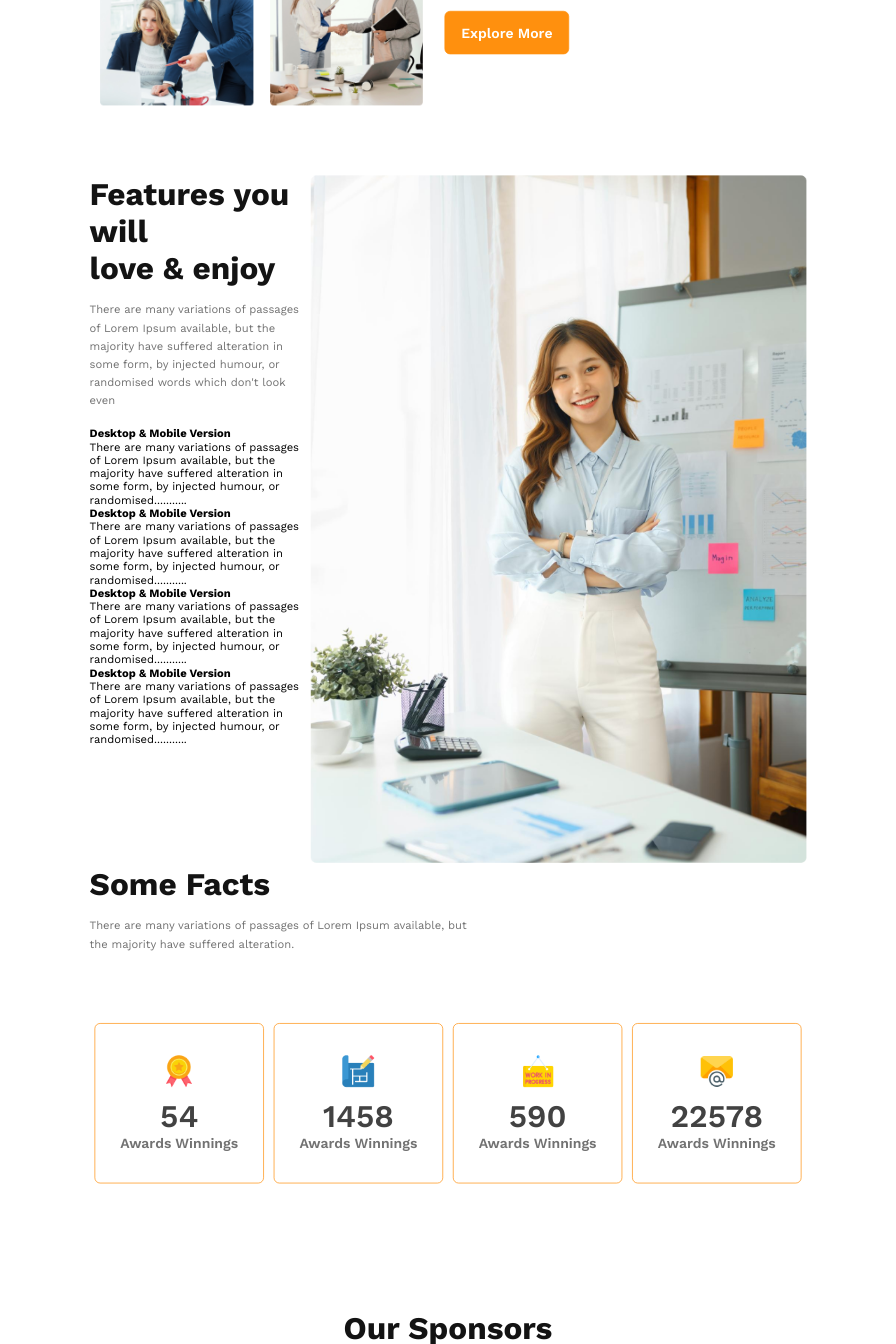
Repository: ShouravAhammed/G3-architects-webpage
Page: index.html
The author's editor kept a copy of each file at every save. The page is drawn from the files as they stood at one save, then again after the next save.
The browser window is 1280 px wide. The pictures show the part of the page from y = 1492 to 3412 px (the page is 3836 px tall before and 4100 px after), at 70% of full size.

Above is the page before, as saved 2024-01-13 17:13:42.

After the next save:
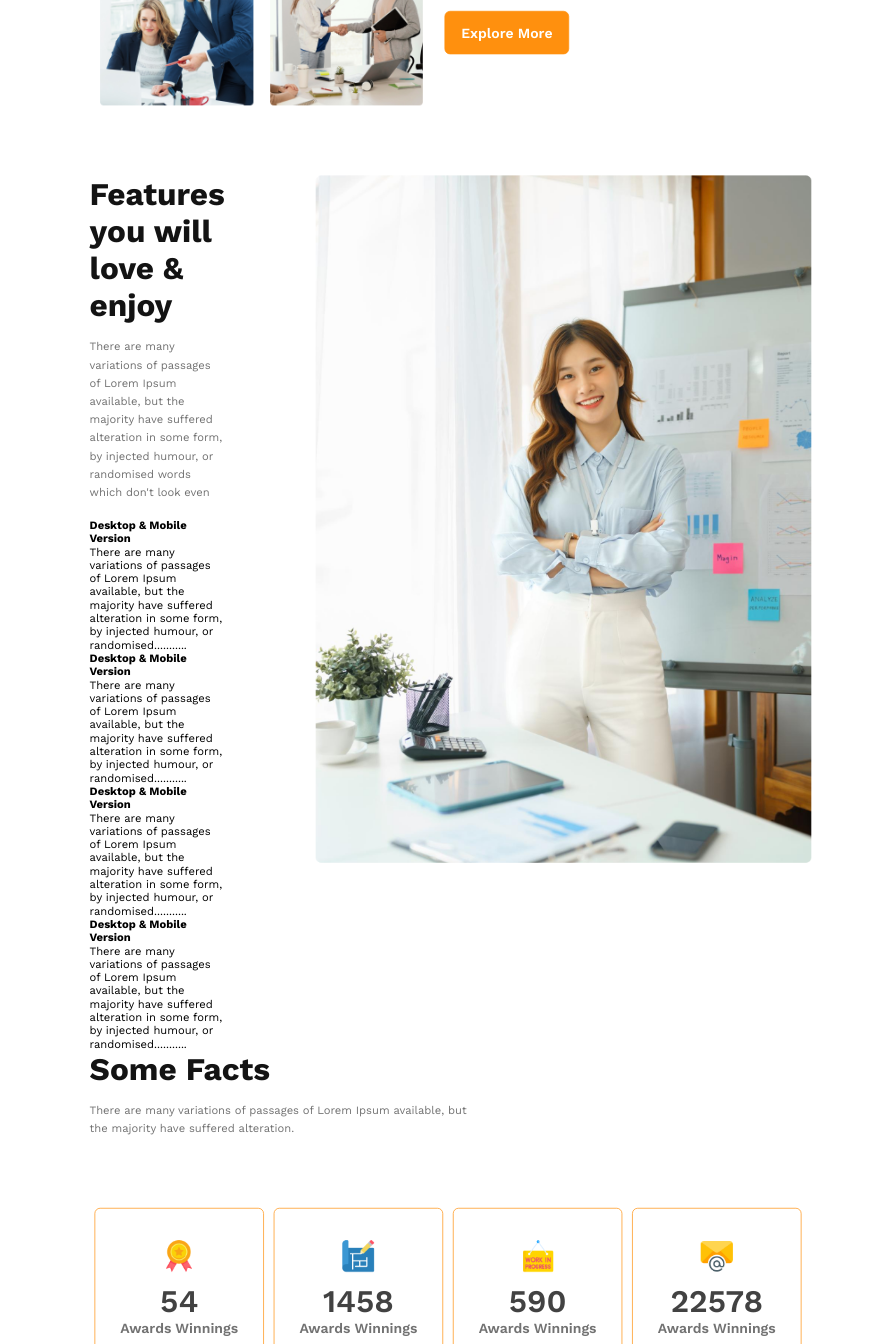
Saved 18 s later.
--- a/styles/style.css
+++ b/styles/style.css
@@ -137,6 +137,7 @@
 /* feature section css style */
 .feature-container{
     display: flex;
+    gap: 130px;
 }
 /* some-facts section css style */
 .some-facts-container{
